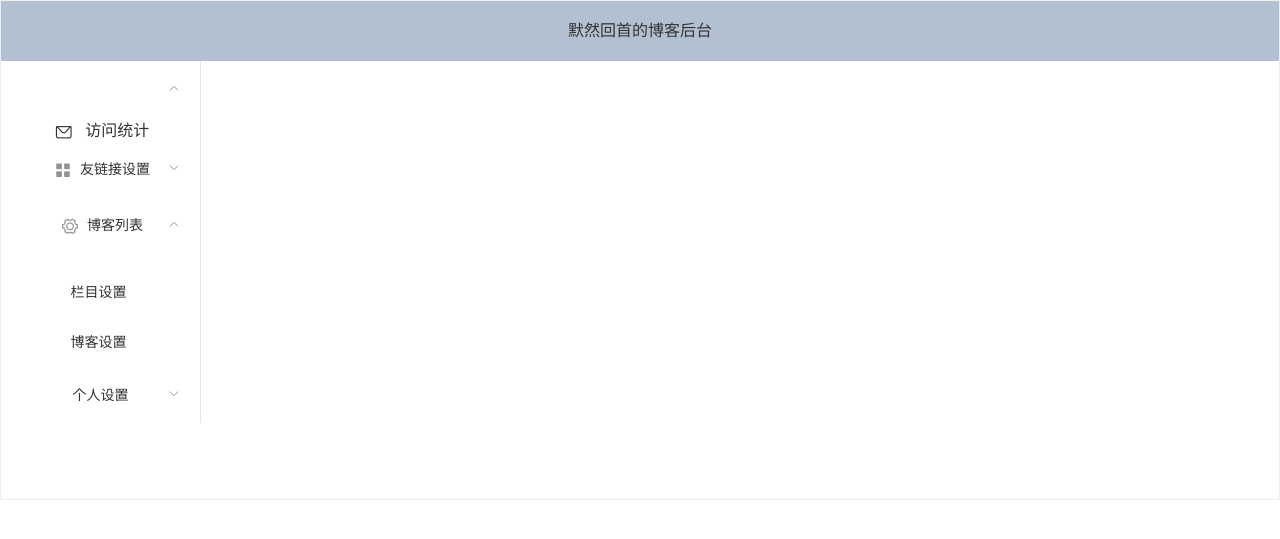
Repository: 550406066/blog
Page: / (app in blog/)
An editor plug-in stored every save of this project. The page is shown before and after the next save, followed by the edit.
The browser window is 1280 px wide. The pictures show the whole page.
The project was rebuilt for these pictures with package versions that can differ from the ones it lists, and the page was loaded fresh each time.

Above is the page before, as saved 2018-12-08 10:27:41.

### blog/index.html
<!DOCTYPE html>
<html>
  <head>
    <meta charset="utf-8">
    <meta name="viewport" content="width=device-width,initial-scale=1.0">
    <title>blog</title>
  </head>
  <style>
    body{
      margin: 0;
      padding: 0;
    }
  </style>
  <body>
    <div id="app"></div>
    <!-- built files will be auto injected -->
  </body>
</html>

### blog/src/main.js
// The Vue build version to load with the `import` command
// (runtime-only or standalone) has been set in webpack.base.conf with an alias.
import Vue from 'vue'
import App from './App'
import router from './router'
import { Button, Select, Container, Header, Aside, Main,
  Footer, Menu, MenuItem, MenuItemGroup, Submenu, Table, Scrollbar } from 'element-ui'
import 'element-ui/lib/theme-chalk/index.css'

Vue.config.productionTip = false
Vue.use(Button).use(Container).use(Header).use(Aside).use(Main).use(Footer).use(Menu).use(MenuItem).use(Scrollbar)
  .use(MenuItemGroup).use(Submenu).use(Table).use(Select)
/* eslint-disable no-new */
new Vue({
  el: '#app',
  router,
  components: { App },
  template: '<App/>'
})

### blog/src/App.vue
<template>
  <div id="app">
    <router-view/>
  </div>
</template>

<script>
export default {
  name: 'App'
}
</script>

<style>
#app {
  font-family: 'Avenir', Helvetica, Arial, sans-serif;
  -webkit-font-smoothing: antialiased;
  -moz-osx-font-smoothing: grayscale;
  text-align: center;
  color: #2c3e50;
  margin: 0
}
</style>

### blog/src/components/HelloWorld.vue
<template>
  <el-container style="height: 500px; border: 1px solid #eee">
    <el-header>{{blogInfo}}</el-header>
     <el-scrollbar style="100%">
      <el-aside width="200px" style="background-color: rgb(238, 241, 246)">
        <el-menu :default-openeds="['1', '3']">
          <el-submenu index="1">

              <i class="el-icon-message"></i>
              访问统计
          </el-submenu>
          <el-submenu index="2">
            <template slot="title"><i class="el-icon-menu"></i>友链接设置 </template>
          </el-submenu>
          <el-submenu index="3">
            <template slot="title"><i class="el-icon-setting"></i>博客列表</template>
            <el-menu-item-group>

              <el-menu-item index="3-1">栏目设置</el-menu-item>
              <el-menu-item index="3-3">博客设置</el-menu-item>

            </el-menu-item-group>


          </el-submenu>
            <el-submenu index="3-4">
              <template slot="title">个人设置</template>
              <el-menu-item index="3-4-1">关于我</el-menu-item>
            </el-submenu>
        </el-menu>
      </el-aside>
      </el-scrollbar>
  <el-container>
    <el-main>
    </el-main>
  </el-container>
</el-container>
</template>

<script>
import { Button, Select } from 'element-ui';
export default {
  name: 'HelloWorld',
  data() {
    return{
  blogInfo:'默然回首的博客后台'
    }

  }
}
</script>


<style>
  @import './../static/css/global.scss'; /*引入公共样式*/

</style>

### blog/src/static/css/global.scss
.el-header {
  background-color:#B3C0D1;
  color: #333;
  line-height: 60px;
}
.el-scrollbar__wrap {
   overflow-x: hidden;
}

.el-aside {
  color: #333;
}

Loaded but not shown: blog/src/router/index.js (common file)

After the next save:
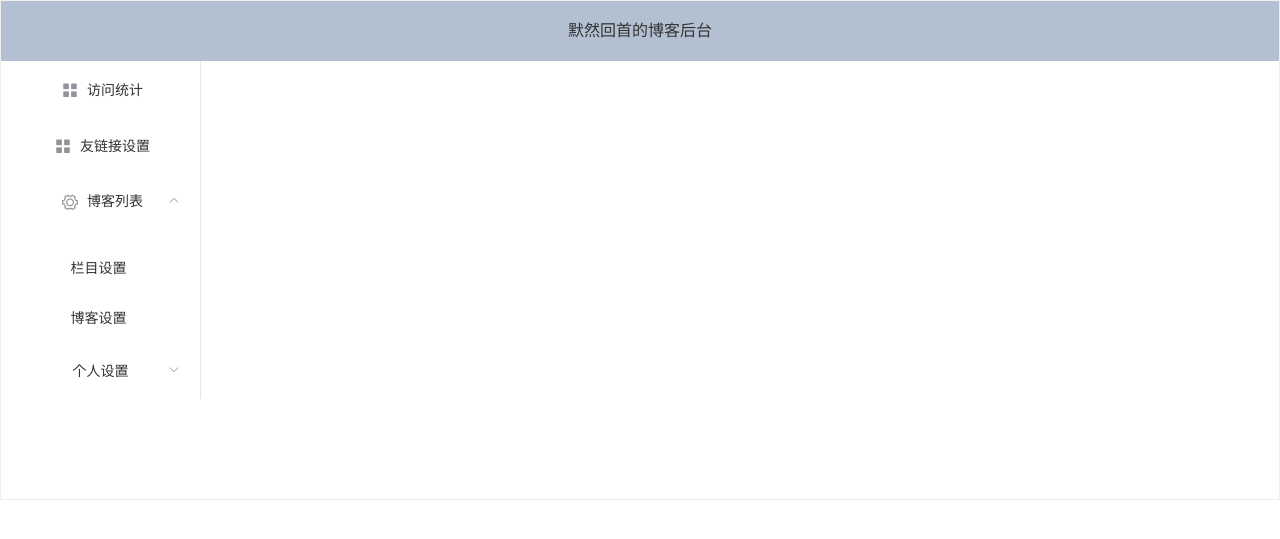
Saved 89 s later.
--- a/blog/src/components/HelloWorld.vue
+++ b/blog/src/components/HelloWorld.vue
@@ -4,14 +4,14 @@
      <el-scrollbar style="100%">
       <el-aside width="200px" style="background-color: rgb(238, 241, 246)">
         <el-menu :default-openeds="['1', '3']">
-          <el-submenu index="1">
-
-              <i class="el-icon-message"></i>
-              访问统计
-          </el-submenu>
-          <el-submenu index="2">
-            <template slot="title"><i class="el-icon-menu"></i>友链接设置 </template>
-          </el-submenu>
+         <el-menu-item index="1">
+            <i class="el-icon-menu"></i>
+            <span slot="title">访问统计</span>
+          </el-menu-item>
+          <el-menu-item index="2">
+            <i class="el-icon-menu"></i>
+            <span slot="title">友链接设置</span>
+          </el-menu-item>
           <el-submenu index="3">
             <template slot="title"><i class="el-icon-setting"></i>博客列表</template>
             <el-menu-item-group>
